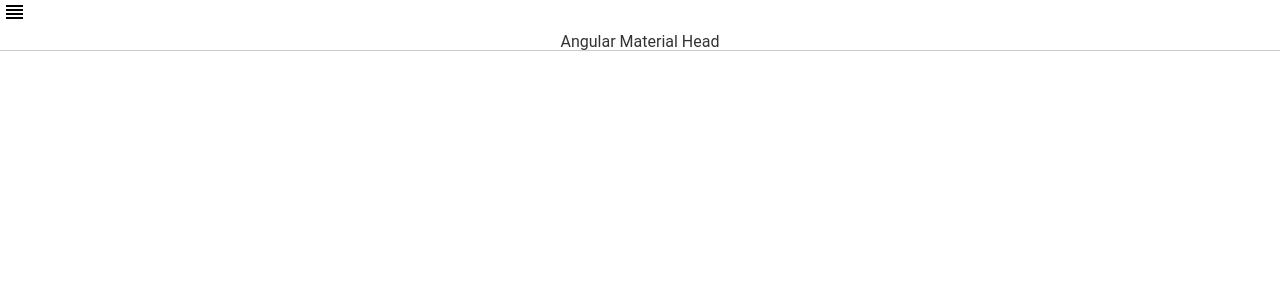
Repository: caltras/web-material
Page: index.html
The author's editor kept a record of every edit. The page is drawn from the files as they stood at one moment, then again after the next edit.
The browser window is 1280 px wide. The pictures show the whole page.

Above is the page before.

### index.html
 <head>

    <!-- Angulars Material CSS now available via Google CDN; version 0.6 used here -->
    <link rel="stylesheet" href="css/webMaterial.css">
    <link rel="stylesheet" href="css/utils.css">
    <link rel="stylesheet" href="resources/material-design-icons/css-sprite/sprite-action-black.css">
  </head>
  <body ng-app="app">
    <head-web-material>
    </head-web-material>
    <!-- Angular Material Dependencies -->
    <script src="resources/hammer.min.js"></script>
    <script src="resources/angular.min.js"></script>
    <script src="resources/angular-animate.min.js"></script>
    <script src="resources/angular-aria.min.js"></script>

    <script src="components/webMaterial.js"></script>

    <script src="js/principal.js"></script>

  </body>

### css/webMaterial.css
html,body{
	color: #333;
    font-family: "RobotoDraft","Roboto",sans-serif;
    font-size: 1em;
    line-height: 1em;
}
body{
	margin: auto;
}
head-web-material > div{
	height: 50px;
	border-bottom: solid 1px #ccc;
	text-align: center;
}
head-web-material > div.z0{
	box-shadow: 0px 0px 0px rgba(121,121,121,0.5);
	-webkit-box-shadow:0px 0px 0px rgba(121,121,121,0.5);
	-moz-box-shadow:0px 0px 0px rgba(121,121,121,0.5);
}
head-web-material > div.z1{
	box-shadow: 0px 0px 2px rgba(121,121,121,0.5);
	-webkit-box-shadow:0px 0px 2px rgba(121,121,121,0.5);
	-moz-box-shadow:0px 0px 2px rgba(121,121,121,0.5);
}
head-web-material > div.z2{
	box-shadow: 0px 1px 4px rgba(121,121,121,0.5);
	-webkit-box-shadow:0px 1px 4px rgba(121,121,121,0.5);
	-moz-box-shadow:0px 1px 4px rgba(121,121,121,0.5);
}
head-web-material > div.z3{
	box-shadow: 0px 1px 6px rgba(121,121,121,0.5);
	-webkit-box-shadow:0px 1px 6px rgba(121,121,121,0.5);
	-moz-box-shadow:0px 1px 6px rgba(121,121,121,0.5);
}
head-web-material > div.z4{
	box-shadow: 0px 2px 8px rgba(121,121,121,0.5);
	-webkit-box-shadow:0px 2px 8px rgba(121,121,121,0.5);
	-moz-box-shadow:0px 2px 8px rgba(121,121,121,0.5);
}
head-web-material > div.z5{
	box-shadow: 0px 2px 10px rgba(121,121,121,0.5);
	-webkit-box-shadow:0px 2px 10px rgba(121,121,121,0.5);
	-moz-box-shadow:0px 2px 10px rgba(121,121,121,0.5);
}
head-web-material > div > .title{
	padding-top: 10px;
}

### css/utils.css
.cent
{
	/*width: 50%;
    height: 50%;
    overflow: auto;
    margin: auto;
    position: absolute;
    top: 0; left: 0; bottom: 0; right: 0;*/
    display: -webkit-box;
    display: -moz-box;
    display: -ms-flexbox;
    display: -webkit-flex;
    display: flex;
    -webkit-box-align: center;
    -moz-box-align: center;
    -ms-flex-align: center;
    -webkit-align-items: center;
      align-items: center;
    -webkit-box-pack: center;
    -moz-box-pack: center;
    -ms-flex-pack: center;
    -webkit-justify-content: center;
      justify-content: center;
}

### resources/material-design-icons/css-sprite/sprite-action-black.css
.icon-action-black {
  background-image: url('sprite-action-black.png');
}
.icon-nav{
  background-position:-411px -243px;
  width: 24px;
  height: 24px;
}

.icon-action-black-ic_perm_identity_black_24dp {
  background-position: -5px -5px;
  width: 24px;
  height: 24px;
}

.icon-action-black-ic_3d_rotation_black_24dp {
  background-position: -39px -5px;
  width: 24px;
  height: 24px;
}

.icon-action-black-ic_account_balance_black_24dp {
  background-position: -5px -39px;
  width: 24px;
  height: 24px;
}

.icon-action-black-ic_account_balance_wallet_black_24dp {
  background-position: -39px -39px;
  width: 24px;
  height: 24px;
}

.icon-action-black-ic_account_box_black_24dp {
  background-position: -73px -5px;
  width: 24px;
  height: 24px;
}

.icon-action-black-ic_account_child_black_24dp {
  background-position: -73px -39px;
  width: 24px;
  height: 24px;
}

.icon-action-black-ic_account_circle_black_24dp {
  background-position: -5px -73px;
  width: 24px;
  height: 24px;
}

.icon-action-black-ic_add_shopping_cart_black_24dp {
  background-position: -39px -73px;
  width: 24px;
  height: 24px;
}

.icon-action-black-ic_alarm_add_black_24dp {
  background-position: -73px -73px;
  width: 24px;
  height: 24px;
}

.icon-action-black-ic_alarm_black_24dp {
  background-position: -107px -5px;
  width: 24px;
  height: 24px;
}

.icon-action-black-ic_alarm_off_black_24dp {
  background-position: -107px -39px;
  width: 24px;
  height: 24px;
}

.icon-action-black-ic_alarm_on_black_24dp {
  background-position: -107px -73px;
  width: 24px;
  height: 24px;
}

.icon-action-black-ic_android_black_24dp {
  background-position: -5px -107px;
  width: 24px;
  height: 24px;
}

.icon-action-black-ic_announcement_black_24dp {
  background-position: -39px -107px;
  width: 24px;
  height: 24px;
}

.icon-action-black-ic_aspect_ratio_black_24dp {
  background-position: -73px -107px;
  width: 24px;
  height: 24px;
}

.icon-action-black-ic_assessment_black_24dp {
  background-position: -107px -107px;
  width: 24px;
  height: 24px;
}

.icon-action-black-ic_assignment_black_24dp {
  background-position: -141px -5px;
  width: 24px;
  height: 24px;
}

.icon-action-black-ic_assignment_ind_black_24dp {
  background-position: -141px -39px;
  width: 24px;
  height: 24px;
}

.icon-action-black-ic_assignment_late_black_24dp {
  background-position: -141px -73px;
  width: 24px;
  height: 24px;
}

.icon-action-black-ic_assignment_return_black_24dp {
  background-position: -141px -107px;
  width: 24px;
  height: 24px;
}

.icon-action-black-ic_assignment_returned_black_24dp {
  background-position: -5px -141px;
  width: 24px;
  height: 24px;
}

.icon-action-black-ic_assignment_turned_in_black_24dp {
  background-position: -39px -141px;
  width: 24px;
  height: 24px;
}

.icon-action-black-ic_autorenew_black_24dp {
  background-position: -73px -141px;
  width: 24px;
  height: 24px;
}

.icon-action-black-ic_backup_black_24dp {
  background-position: -107px -141px;
  width: 24px;
  height: 24px;
}

.icon-action-black-ic_book_black_24dp {
  background-position: -141px -141px;
  width: 24px;
  height: 24px;
}

.icon-action-black-ic_bookmark_black_24dp {
  background-position: -175px -5px;
  width: 24px;
  height: 24px;
}

.icon-action-black-ic_bookmark_outline_black_24dp {
  background-position: -175px -39px;
  width: 24px;
  height: 24px;
}

.icon-action-black-ic_bug_report_black_24dp {
  background-position: -175px -73px;
  width: 24px;
  height: 24px;
}

.icon-action-black-ic_cached_black_24dp {
  background-position: -175px -107px;
  width: 24px;
  height: 24px;
}

.icon-action-black-ic_check_circle_black_24dp {
  background-position: -175px -141px;
  width: 24px;
  height: 24px;
}

.icon-action-black-ic_class_black_24dp {
  background-position: -5px -175px;
  width: 24px;
  height: 24px;
}

.icon-action-black-ic_credit_card_black_24dp {
  background-position: -39px -175px;
  width: 24px;
  height: 24px;
}

.icon-action-black-ic_dashboard_black_24dp {
  background-position: -73px -175px;
  width: 24px;
  height: 24px;
}

.icon-action-black-ic_delete_black_24dp {
  background-position: -107px -175px;
  width: 24px;
  height: 24px;
}

.icon-action-black-ic_description_black_24dp {
  background-position: -141px -175px;
  width: 24px;
  height: 24px;
}

.icon-action-black-ic_dns_black_24dp {
  background-position: -175px -175px;
  width: 24px;
  height: 24px;
}

.icon-action-black-ic_done_all_black_24dp {
  background-position: -209px -5px;
  width: 24px;
  height: 24px;
}

.icon-action-black-ic_done_black_24dp {
  background-position: -209px -39px;
  width: 24px;
  height: 24px;
}

.icon-action-black-ic_event_black_24dp {
  background-position: -209px -73px;
  width: 24px;
  height: 24px;
}

.icon-action-black-ic_exit_to_app_black_24dp {
  background-position: -209px -107px;
  width: 24px;
  height: 24px;
}

.icon-action-black-ic_explore_black_24dp {
  background-position: -209px -141px;
  width: 24px;
  height: 24px;
}

.icon-action-black-ic_extension_black_24dp {
  background-position: -209px -175px;
  width: 24px;
  height: 24px;
}

.icon-action-black-ic_face_black_24dp {
  background-position: -5px -209px;
  width: 24px;
  height: 24px;
}

.icon-action-black-ic_favorite_black_24dp {
  background-position: -39px -209px;
  width: 24px;
  height: 24px;
}

.icon-action-black-ic_favorite_outline_black_24dp {
  background-position: -73px -209px;
  width: 24px;
  height: 24px;
}

.icon-action-black-ic_find_in_page_black_24dp {
  background-position: -107px -209px;
  width: 24px;
  height: 24px;
}

.icon-action-black-ic_find_replace_black_24dp {
  background-position: -141px -209px;
  width: 24px;
  height: 24px;
}

.icon-action-black-ic_flip_to_back_black_24dp {
  background-position: -175px -209px;
  width: 24px;
  height: 24px;
}

.icon-action-black-ic_flip_to_front_black_24dp {
  background-position: -209px -209px;
  width: 24px;
  height: 24px;
}

.icon-action-black-ic_get_app_black_24dp {
  background-position: -243px -5px;
  width: 24px;
  height: 24px;
}

.icon-action-black-ic_grade_black_24dp {
  background-position: -243px -39px;
  width: 24px;
  height: 24px;
}

.icon-action-black-ic_group_work_black_24dp {
  background-position: -243px -73px;
  width: 24px;
  height: 24px;
}

.icon-action-black-ic_help_black_24dp {
  background-position: -243px -107px;
  width: 24px;
  height: 24px;
}

.icon-action-black-ic_highlight_remove_black_24dp {
  background-position: -243px -141px;
  width: 24px;
  height: 24px;
}

.icon-action-black-ic_history_black_24dp {
  background-position: -243px -175px;
  width: 24px;
  height: 24px;
}

.icon-action-black-ic_home_black_24dp {
  background-position: -243px -209px;
  width: 24px;
  height: 24px;
}

.icon-action-black-ic_https_black_24dp {
  background-position: -5px -243px;
  width: 24px;
  height: 24px;
}

.icon-action-black-ic_info_black_24dp {
  background-position: -39px -243px;
  width: 24px;
  height: 24px;
}

.icon-action-black-ic_info_outline_black_24dp {
  background-position: -73px -243px;
  width: 24px;
  height: 24px;
}

.icon-action-black-ic_input_black_24dp {
  background-position: -107px -243px;
  width: 24px;
  height: 24px;
}

.icon-action-black-ic_invert_colors_black_24dp {
  background-position: -141px -243px;
  width: 24px;
  height: 24px;
}

.icon-action-black-ic_label_black_24dp {
  background-position: -175px -243px;
  width: 24px;
  height: 24px;
}

.icon-action-black-ic_label_outline_black_24dp {
  background-position: -209px -243px;
  width: 24px;
  height: 24px;
}

.icon-action-black-ic_language_black_24dp {
  background-position: -243px -243px;
  width: 24px;
  height: 24px;
}

.icon-action-black-ic_launch_black_24dp {
  background-position: -277px -5px;
  width: 24px;
  height: 24px;
}

.icon-action-black-ic_list_black_24dp {
  background-position: -277px -39px;
  width: 24px;
  height: 24px;
}

.icon-action-black-ic_lock_black_24dp {
  background-position: -277px -73px;
  width: 24px;
  height: 24px;
}

.icon-action-black-ic_lock_open_black_24dp {
  background-position: -277px -107px;
  width: 24px;
  height: 24px;
}

.icon-action-black-ic_lock_outline_black_24dp {
  background-position: -277px -141px;
  width: 24px;
  height: 24px;
}

.icon-action-black-ic_loyalty_black_24dp {
  background-position: -277px -175px;
  width: 24px;
  height: 24px;
}

.icon-action-black-ic_markunread_mailbox_black_24dp {
  background-position: -277px -209px;
  width: 24px;
  height: 24px;
}

.icon-action-black-ic_note_add_black_24dp {
  background-position: -277px -243px;
  width: 24px;
  height: 24px;
}

.icon-action-black-ic_open_in_browser_black_24dp {
  background-position: -5px -277px;
  width: 24px;
  height: 24px;
}

.icon-action-black-ic_open_in_new_black_24dp {
  background-position: -39px -277px;
  width: 24px;
  height: 24px;
}

.icon-action-black-ic_open_with_black_24dp {
  background-position: -73px -277px;
  width: 24px;
  height: 24px;
}

.icon-action-black-ic_pageview_black_24dp {
  background-position: -107px -277px;
  width: 24px;
  height: 24px;
}

.icon-action-black-ic_payment_black_24dp {
  background-position: -141px -277px;
  width: 24px;
  height: 24px;
}

.icon-action-black-ic_perm_camera_mic_black_24dp {
  background-position: -175px -277px;
  width: 24px;
  height: 24px;
}

.icon-action-black-ic_perm_contact_cal_black_24dp {
  background-position: -209px -277px;
  width: 24px;
  height: 24px;
}

.icon-action-black-ic_perm_data_setting_black_24dp {
  background-position: -243px -277px;
  width: 24px;
  height: 24px;
}

.icon-action-black-ic_perm_device_info_black_24dp {
  background-position: -277px -277px;
  width: 24px;
  height: 24px;
}

.icon-action-black-ic_accessibility_black_24dp {
  background-position: -311px -5px;
  width: 24px;
  height: 24px;
}

.icon-action-black-ic_perm_media_black_24dp {
  background-position: -311px -39px;
  width: 24px;
  height: 24px;
}

.icon-action-black-ic_perm_phone_msg_black_24dp {
  background-position: -311px -73px;
  width: 24px;
  height: 24px;
}

.icon-action-black-ic_perm_scan_wifi_black_24dp {
  background-position: -311px -107px;
  width: 24px;
  height: 24px;
}

.icon-action-black-ic_picture_in_picture_black_24dp {
  background-position: -311px -141px;
  width: 24px;
  height: 24px;
}

.icon-action-black-ic_polymer_black_24dp {
  background-position: -311px -175px;
  width: 24px;
  height: 24px;
}

.icon-action-black-ic_print_black_24dp {
  background-position: -311px -209px;
  width: 24px;
  height: 24px;
}

.icon-action-black-ic_query_builder_black_24dp {
  background-position: -311px -243px;
  width: 24px;
  height: 24px;
}

.icon-action-black-ic_question_answer_black_24dp {
  background-position: -311px -277px;
  width: 24px;
  height: 24px;
}

.icon-action-black-ic_receipt_black_24dp {
  background-position: -5px -311px;
  width: 24px;
  height: 24px;
}

.icon-action-black-ic_redeem_black_24dp {
  background-position: -39px -311px;
  width: 24px;
  height: 24px;
}

.icon-action-black-ic_reorder_black_24dp {
  background-position: -73px -311px;
  width: 24px;
  height: 24px;
}

.icon-action-black-ic_report_problem_black_24dp {
  background-position: -107px -311px;
  width: 24px;
  height: 24px;
}

.icon-action-black-ic_restore_black_24dp {
  background-position: -141px -311px;
  width: 24px;
  height: 24px;
}

.icon-action-black-ic_room_black_24dp {
  background-position: -175px -311px;
  width: 24px;
  height: 24px;
}

.icon-action-black-ic_schedule_black_24dp {
  background-position: -209px -311px;
  width: 24px;
  height: 24px;
}

.icon-action-black-ic_search_black_24dp {
  background-position: -243px -311px;
  width: 24px;
  height: 24px;
}

.icon-action-black-ic_settings_applications_black_24dp {
  background-position: -277px -311px;
  width: 24px;
  height: 24px;
}

.icon-action-black-ic_settings_backup_restore_black_24dp {
  background-position: -311px -311px;
  width: 24px;
  height: 24px;
}

.icon-action-black-ic_settings_black_24dp {
  background-position: -345px -5px;
  width: 24px;
  height: 24px;
}

.icon-action-black-ic_settings_bluetooth_black_24dp {
  background-position: -345px -39px;
  width: 24px;
  height: 24px;
}

.icon-action-black-ic_settings_cell_black_24dp {
  background-position: -345px -73px;
  width: 24px;
  height: 24px;
}

.icon-action-black-ic_settings_display_black_24dp {
  background-position: -345px -107px;
  width: 24px;
  height: 24px;
}

.icon-action-black-ic_settings_ethernet_black_24dp {
  background-position: -345px -141px;
  width: 24px;
  height: 24px;
}

.icon-action-black-ic_settings_input_antenna_black_24dp {
  background-position: -345px -175px;
  width: 24px;
  height: 24px;
}

.icon-action-black-ic_settings_input_component_black_24dp {
  background-position: -345px -209px;
  width: 24px;
  height: 24px;
}

.icon-action-black-ic_settings_input_composite_black_24dp {
  background-position: -345px -243px;
  width: 24px;
  height: 24px;
}

.icon-action-black-ic_settings_input_hdmi_black_24dp {
  background-position: -345px -277px;
  width: 24px;
  height: 24px;
}

.icon-action-black-ic_settings_input_svideo_black_24dp {
  background-position: -345px -311px;
  width: 24px;
  height: 24px;
}

.icon-action-black-ic_settings_overscan_black_24dp {
  background-position: -5px -345px;
  width: 24px;
  height: 24px;
}

.icon-action-black-ic_settings_phone_black_24dp {
  background-position: -39px -345px;
  width: 24px;
  height: 24px;
}

.icon-action-black-ic_settings_power_black_24dp {
  background-position: -73px -345px;
  width: 24px;
  height: 24px;
}

.icon-action-black-ic_settings_remote_black_24dp {
  background-position: -107px -345px;
  width: 24px;
  height: 24px;
}

.icon-action-black-ic_settings_voice_black_24dp {
  background-position: -141px -345px;
  width: 24px;
  height: 24px;
}

.icon-action-black-ic_shop_black_24dp {
  background-position: -175px -345px;
  width: 24px;
  height: 24px;
}

.icon-action-black-ic_shop_two_black_24dp {
  background-position: -209px -345px;
  width: 24px;
  height: 24px;
}

.icon-action-black-ic_shopping_basket_black_24dp {
  background-position: -243px -345px;
  width: 24px;
  height: 24px;
}

.icon-action-black-ic_shopping_cart_black_24dp {
  background-position: -277px -345px;
  width: 24px;
  height: 24px;
}

.icon-action-black-ic_speaker_notes_black_24dp {
  background-position: -311px -345px;
  width: 24px;
  height: 24px;
}

.icon-action-black-ic_spellcheck_black_24dp {
  background-position: -345px -345px;
  width: 24px;
  height: 24px;
}

.icon-action-black-ic_star_rate_black_24dp {
  background-position: -379px -5px;
  width: 24px;
  height: 24px;
}

.icon-action-black-ic_stars_black_24dp {
  background-position: -379px -39px;
  width: 24px;
  height: 24px;
}

.icon-action-black-ic_store_black_24dp {
  background-position: -379px -73px;
  width: 24px;
  height: 24px;
}

.icon-action-black-ic_subject_black_24dp {
  background-position: -379px -107px;
  width: 24px;
  height: 24px;
}

.icon-action-black-ic_supervisor_account_black_24dp {
  background-position: -379px -141px;
  width: 24px;
  height: 24px;
}

.icon-action-black-ic_swap_horiz_black_24dp {
  background-position: -379px -175px;
  width: 24px;
  height: 24px;
}

.icon-action-black-ic_swap_vert_black_24dp {
  background-position: -379px -209px;
  width: 24px;
  height: 24px;
}

.icon-action-black-ic_swap_vert_circle_black_24dp {
  background-position: -379px -243px;
  width: 24px;
  height: 24px;
}

.icon-action-black-ic_system_update_tv_black_24dp {
  background-position: -379px -277px;
  width: 24px;
  height: 24px;
}

.icon-action-black-ic_tab_black_24dp {
  background-position: -379px -311px;
  width: 24px;
  height: 24px;
}

.icon-action-black-ic_tab_unselected_black_24dp {
  background-position: -379px -345px;
  width: 24px;
  height: 24px;
}

.icon-action-black-ic_theaters_black_24dp {
  background-position: -5px -379px;
  width: 24px;
  height: 24px;
}

.icon-action-black-ic_thumb_down_black_24dp {
  background-position: -39px -379px;
  width: 24px;
  height: 24px;
}

.icon-action-black-ic_thumb_up_black_24dp {
  background-position: -73px -379px;
  width: 24px;
  height: 24px;
}

.icon-action-black-ic_thumbs_up_down_black_24dp {
  background-position: -107px -379px;
  width: 24px;
  height: 24px;
}

.icon-action-black-ic_toc_black_24dp {
  background-position: -141px -379px;
  width: 24px;
  height: 24px;
}

.icon-action-black-ic_today_black_24dp {
  background-position: -175px -379px;
  width: 24px;
  height: 24px;
}

.icon-action-black-ic_track_changes_black_24dp {
  background-position: -209px -379px;
  width: 24px;
  height: 24px;
}

.icon-action-black-ic_translate_black_24dp {
  background-position: -243px -379px;
  width: 24px;
  height: 24px;
}

.icon-action-black-ic_trending_down_black_24dp {
  background-position: -277px -379px;
  width: 24px;
  height: 24px;
}

.icon-action-black-ic_trending_neutral_black_24dp {
  background-position: -311px -379px;
  width: 24px;
  height: 24px;
}

.icon-action-black-ic_trending_up_black_24dp {
  background-position: -345px -379px;
  width: 24px;
  height: 24px;
}

.icon-action-black-ic_turned_in_black_24dp {
  background-position: -379px -379px;
  width: 24px;
  height: 24px;
}

.icon-action-black-ic_turned_in_not_black_24dp {
  background-position: -413px -5px;
  width: 24px;
  height: 24px;
}

.icon-action-black-ic_verified_user_black_24dp {
  background-position: -413px -39px;
  width: 24px;
  height: 24px;
}

.icon-action-black-ic_view_agenda_black_24dp {
  background-position: -413px -73px;
  width: 24px;
  height: 24px;
}

.icon-action-black-ic_view_array_black_24dp {
  background-position: -413px -107px;
  width: 24px;
  height: 24px;
}

.icon-action-black-ic_view_carousel_black_24dp {
  background-position: -413px -141px;
  width: 24px;
  height: 24px;
}

.icon-action-black-ic_view_column_black_24dp {
  background-position: -413px -175px;
  width: 24px;
  height: 24px;
}

.icon-action-black-ic_view_day_black_24dp {
  background-position: -413px -209px;
  width: 24px;
  height: 24px;
}

.icon-action-black-ic_view_headline_black_24dp {
  background-position: -413px -243px;
  width: 24px;
  height: 24px;
}

.icon-action-black-ic_view_list_black_24dp {
  background-position: -413px -277px;
  width: 24px;
  height: 24px;
}

.icon-action-black-ic_view_module_black_24dp {
  background-position: -413px -311px;
  width: 24px;
  height: 24px;
}

.icon-action-black-ic_view_quilt_black_24dp {
  background-position: -413px -345px;
  width: 24px;
  height: 24px;
}

.icon-action-black-ic_view_stream_black_24dp {
  background-position: -413px -379px;
  width: 24px;
  height: 24px;
}

.icon-action-black-ic_view_week_black_24dp {
  background-position: -5px -413px;
  width: 24px;
  height: 24px;
}

.icon-action-black-ic_visibility_black_24dp {
  background-position: -39px -413px;
  width: 24px;
  height: 24px;
}

.icon-action-black-ic_visibility_off_black_24dp {
  background-position: -73px -413px;
  width: 24px;
  height: 24px;
}

.icon-action-black-ic_wallet_giftcard_black_24dp {
  background-position: -107px -413px;
  width: 24px;
  height: 24px;
}

.icon-action-black-ic_wallet_membership_black_24dp {
  background-position: -141px -413px;
  width: 24px;
  height: 24px;
}

.icon-action-black-ic_wallet_travel_black_24dp {
  background-position: -175px -413px;
  width: 24px;
  height: 24px;
}

.icon-action-black-ic_work_black_24dp {
  background-position: -209px -413px;
  width: 24px;
  height: 24px;
}

### components/webMaterial.js
var webMaterial = angular.module("webMaterial",[]);

webMaterial.directive("headWebMaterial",function(){
	var directive = {};
	directive.restrict="E";
	directive.templateUrl = "components/partial/_head.html";
	return directive;
});
/*webMaterial.service("serviceMaterial",function(){
	return {
		digaOla: function(){
			alert("Ola");
		}
	}
});*/

### js/principal.js
var app = angular.module("app",['webMaterial']);

### components/partial/_head.html
<div class="z0 {{theme}}">
	<div class="container-button">
		<div class="icon-action-black icon-nav"></div>
		<!--<button style="width:24px; height:24px;margin:12px"></button>-->
	</div>
	<div class="title">Angular Material Head</div>
</dvi>

Loaded but not shown: resources/hammer.min.js (library); resources/angular.min.js (library); resources/angular-animate.min.js (library); resources/angular-aria.min.js (common file)

After the next edit:
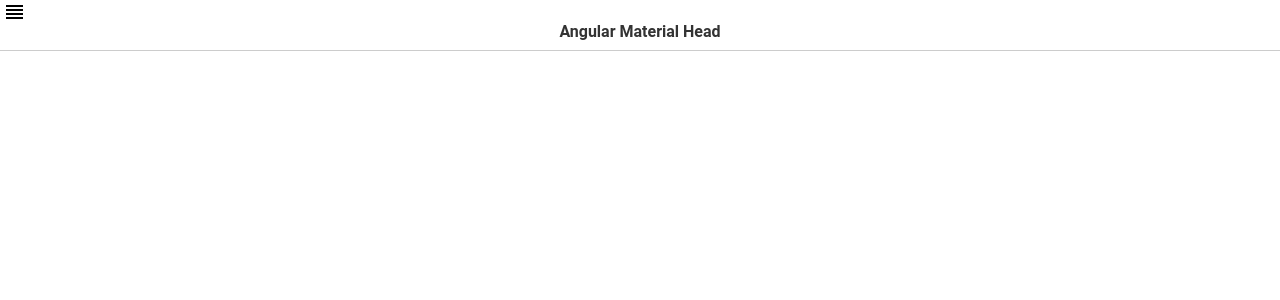
The edit:
--- a/css/webMaterial.css
+++ b/css/webMaterial.css
@@ -43,5 +43,6 @@
 	-moz-box-shadow:0px 2px 10px rgba(121,121,121,0.5);
 }
 head-web-material > div > .title{
-	padding-top: 10px;
+	/*padding-top: 10px;*/
+	font-weight:bold;
 }
